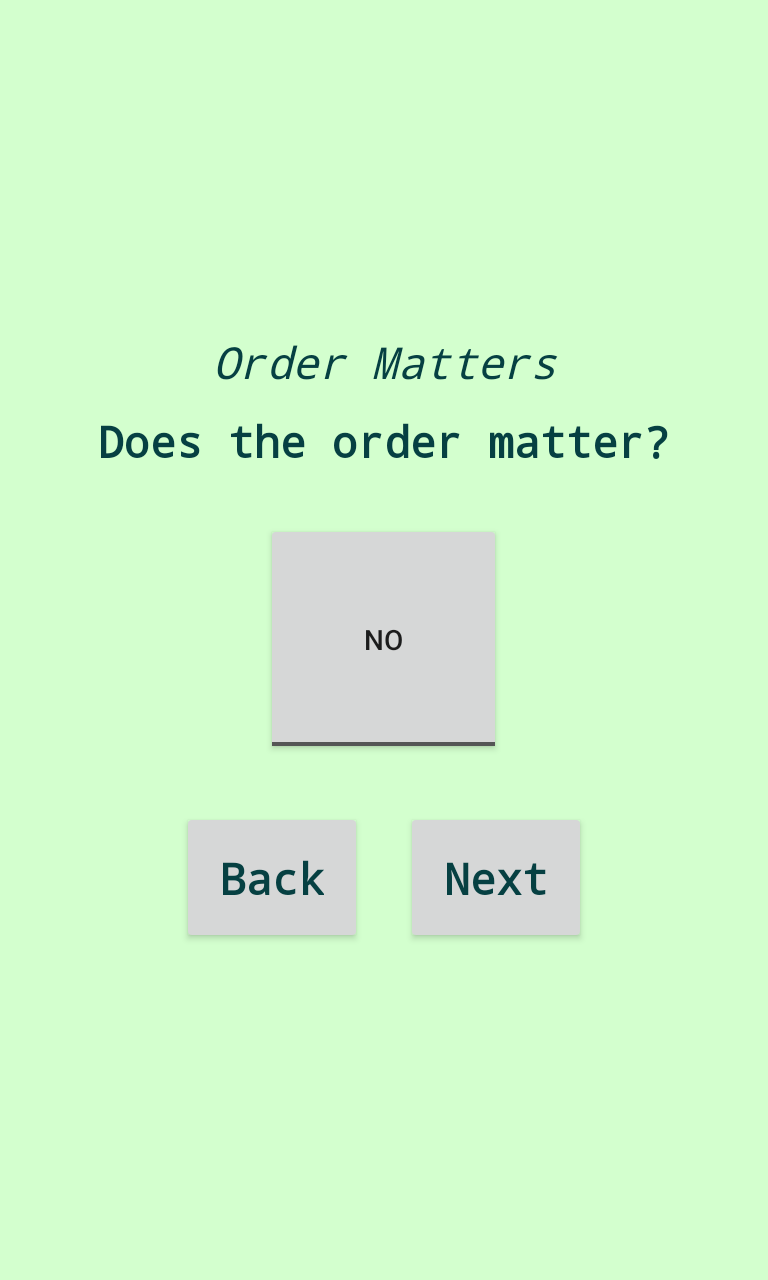
Repository: rontejada1991/Combinations-and-Permutations-Android-App
Layout: combinations/res/layout/activity_order.xml
An editor plug-in stored every save of this project. The layout is shown before and after the next save, followed by the edit.
It is drawn on a 768 x 1280 px phone screen (xhdpi) without system bars, with theme AppTheme; the app's code is not run.

Above is the layout before, as saved 2014-11-07 21:03:05.

After the next save:
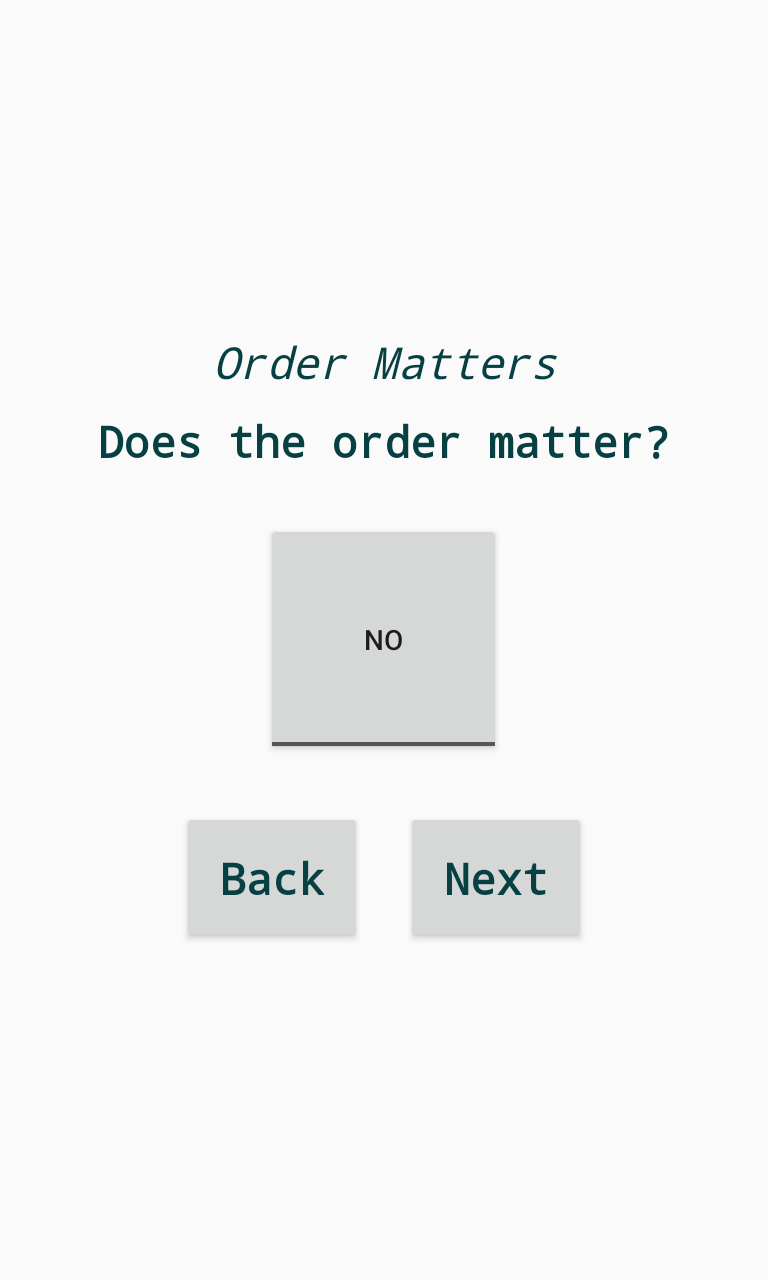
Saved 6 s later.
--- a/combinations/res/layout/activity_order.xml
+++ b/combinations/res/layout/activity_order.xml
@@ -5,8 +5,7 @@
 	android:orientation="vertical"
 	android:gravity="center"
 	android:padding="25dp"
-    tools:context="com.silvercloudgames.combinations.OrderActivity"
-    android:background="#d3ffce" >
+    tools:context="com.silvercloudgames.combinations.OrderActivity" >
 
 	<TextView
 	    android:id="@+id/tv_title"
